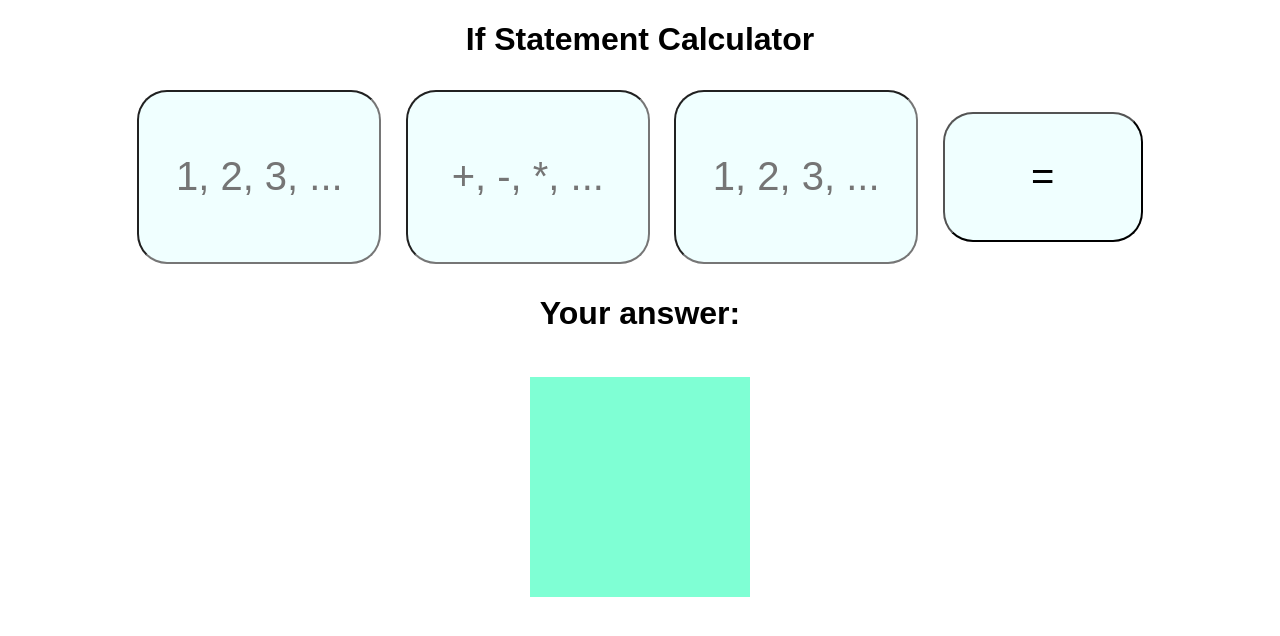
Repository: WesleyErasmus/threeInputCalculator
Page: html/if-calculator.html
An editor plug-in stored every save of this project. The page is shown before and after the next save, followed by the edit.
The browser window is 1280 px wide. The pictures show the whole page.

Above is the page before, as saved 2022-04-27 22:20:50.

### html/if-calculator.html
<!DOCTYPE html>
<html lang="en">
<head>
    <meta charset="UTF-8">
    <meta http-equiv="X-UA-Compatible" content="IE=edge">
    <meta name="viewport" content="width=device-width, initial-scale=1.0">
    <title>JS If Calculator</title>
    <link rel="stylesheet" href="/css/stylesheet.css">
    <script src="/js/if-calculator.js"></script>

</head>
<body>

<center>
    <form onsubmit="return false;">
        <h1>If Statement Calculator</h1>
        <!-- <div class="inputField"> -->
        <!-- <label for="input1">Enter a number</label> -->
         <input id="input1" type="text" name = "input1" placeholder="1, 2, 3, ..."> <!-- input-1 -->
        </div>
        <!-- <div class="inputField"> -->
         <!-- <label for="input3">Enter operator</label> -->
         <input id="input3" type="text" name = "input3" placeholder="+, -, *, ..."> <!-- input-3 (operator) -->
        </div>
        <!-- <div class="inputField"> -->
         <!-- <label for="input2">Enter a number </label> -->
         <input id="input2" type="text" name = "input2" placeholder="1, 2, 3, ..."> <!-- input-2 -->
        </div>
         <button onclick="sum()">=</button>
         <h1>Your answer:</h1>
         <p id="output"></p>
    </form>
</center>
</body>
</html>

### css/stylesheet.css
body {
font-family: sans-serif;
}
form {
display: block;
margin: 0 auto;
}
input {
    background-color: azure;
    width: 200px;
    height: 130px;
    padding: 20px;
    margin: 10px;
    text-align: center;
    font-size: 40px;
    border-radius: 30px;
}
button {
    background-color: azure;
    width: 200px;
    height: 130px;
    padding: 0;
    margin: 10px;
    font-size: 40px;
    border-radius: 30px;
}
p {
    text-align: center !important;
    vertical-align: middle !important;
    width: 180px;
    height: 180px;
    padding: 20px;
    font-size: 45px;
    background-color: aquamarine;
}

### js/if-calculator.js
function sum() {
const num1 = document.getElementById("input1").value;
const num2 = document.getElementById("input2").value;
const operator = document.getElementById("input3").value;
const output = document.getElementById("output").value;
  let answer;
  document.getElementById("output").value;
  if (operator == '+') {
    answer = +num1 + +num2;
    document.getElementById("output").innerHTML = answer;
  } else if (operator == '-') {
    answer = num1 - num2;
    document.getElementById("output").innerHTML = answer;
  } else if (operator == '*') {
    answer = num1 * num2;
    document.getElementById("output").innerHTML = answer;
  } else {
    answer = num1 / num2;
    document.getElementById("output").innerHTML = answer;
  }console.log(answer);
}

After the next save:
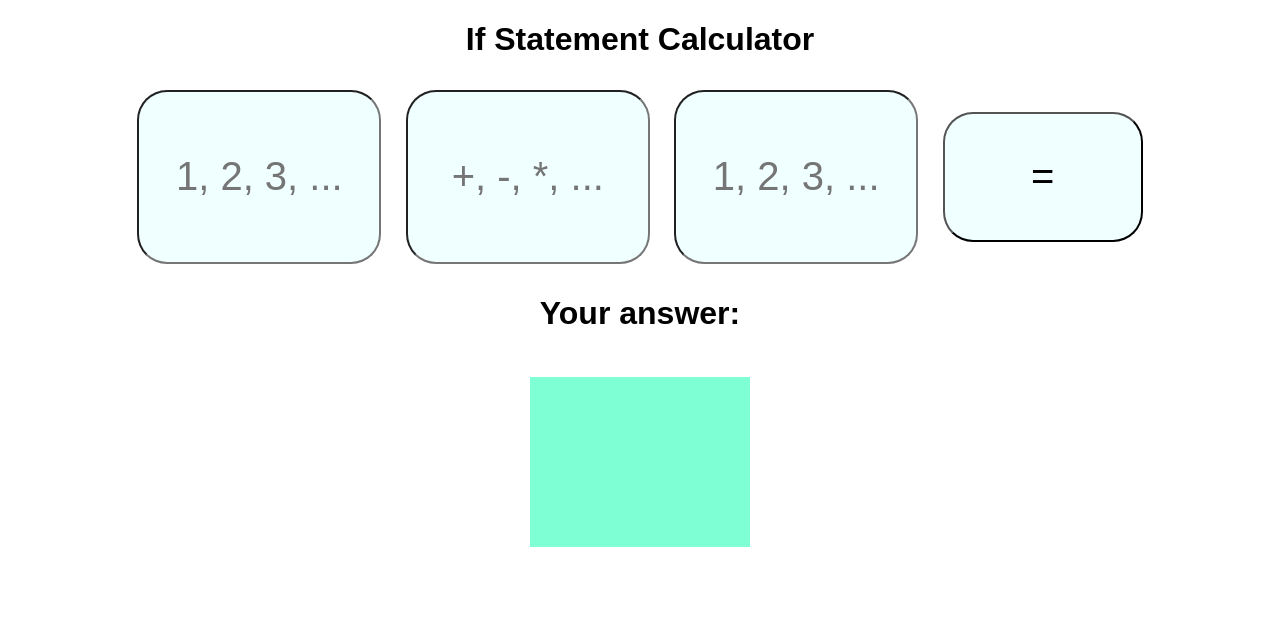
Saved 4 s later.
--- a/css/stylesheet.css
+++ b/css/stylesheet.css
@@ -28,7 +28,7 @@ p {
     text-align: center !important;
     vertical-align: middle !important;
     width: 180px;
-    height: 180px;
+    height: 130px;
     padding: 20px;
     font-size: 45px;
     background-color: aquamarine;
